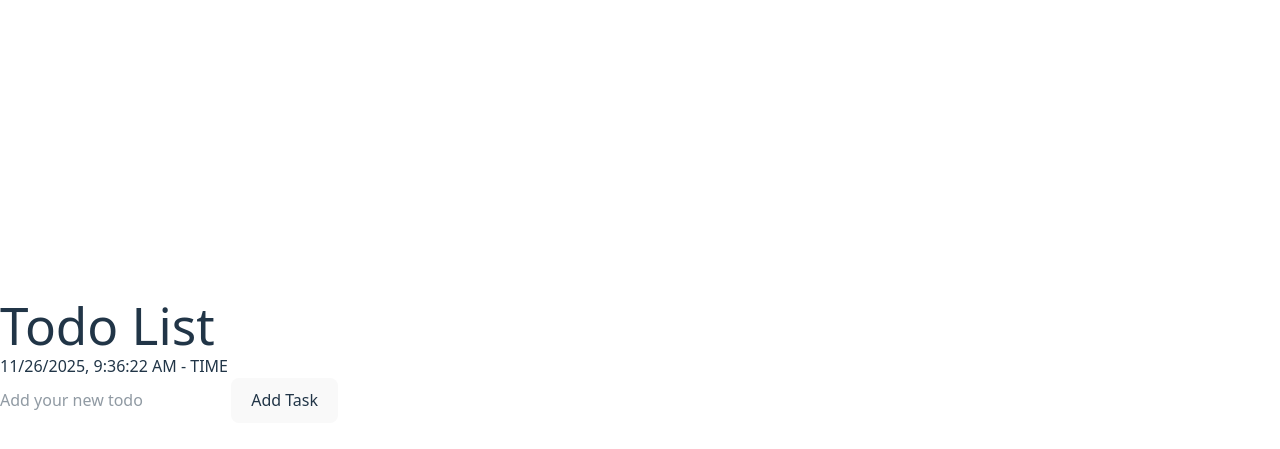
Repository: rushikesh-kolpe21/React_lectures
Page: / (app in React_bun/)
The author's editor kept a copy of each file at every save. The page is drawn from the files as they stood at one save, then again after the next save.
The browser window is 1280 px wide. The pictures show the whole page.
The project was rebuilt for these pictures with package versions that can differ from the ones it lists, and the page was loaded fresh each time. Also part of the build but not shown: React_bun/vite.config.js, React_bun/src/components/DericedState.jsx, React_bun/src/components/EventProps.jsx, React_bun/src/components/SeriesCards.jsx, React_bun/src/components/Netflix.jsx, React_bun/src/components/Profile.jsx, React_bun/src/components/ToogleSwitch.jsx.

Above is the page before, as saved 2025-12-05 16:22:32.

After the next save:
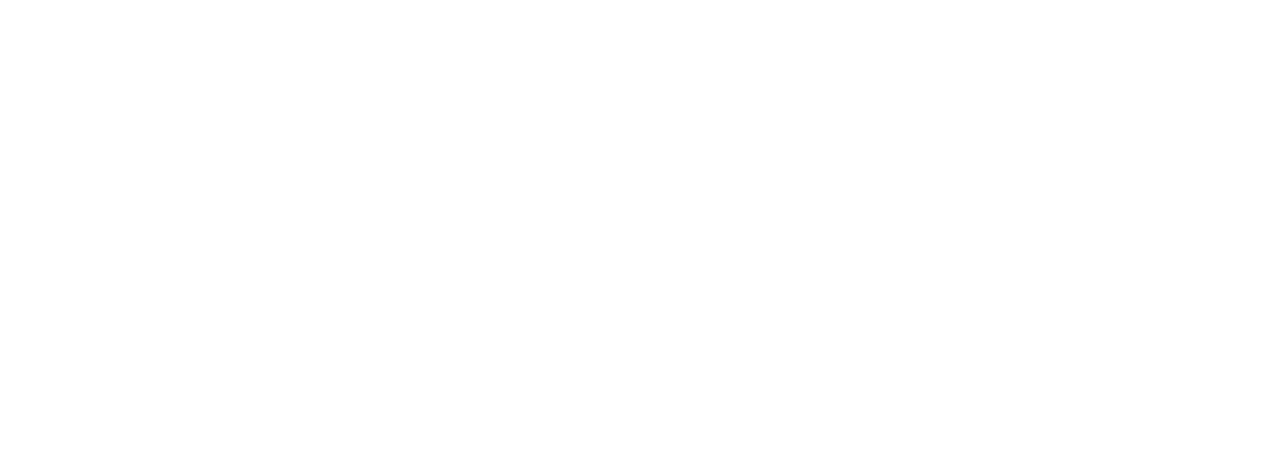
Console error (its wording comes from the project's code and is left out).
Saved 101 s later.
--- a/React_bun/src/projects/Todo/Todo.jsx
+++ b/React_bun/src/projects/Todo/Todo.jsx
@@ -49,7 +49,7 @@
 
 
      //TODO DATE - TIME
-    const currentDateTime = new Date().toLocaleString();
+    const currentDateTime = new Date();
 
     return (
         <section>

After the save that followed:
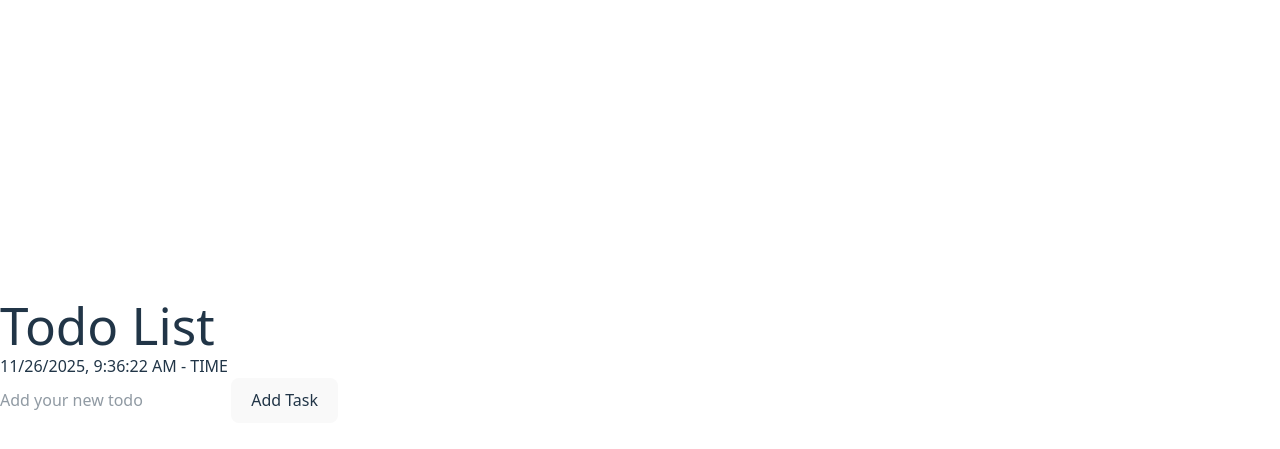
The error is gone.
Saved 17 s later.
--- a/React_bun/src/projects/Todo/Todo.jsx
+++ b/React_bun/src/projects/Todo/Todo.jsx
@@ -49,7 +49,7 @@
 
 
      //TODO DATE - TIME
-    const currentDateTime = new Date();
+    const currentDateTime = new Date().toLocaleString();
 
     return (
         <section>
